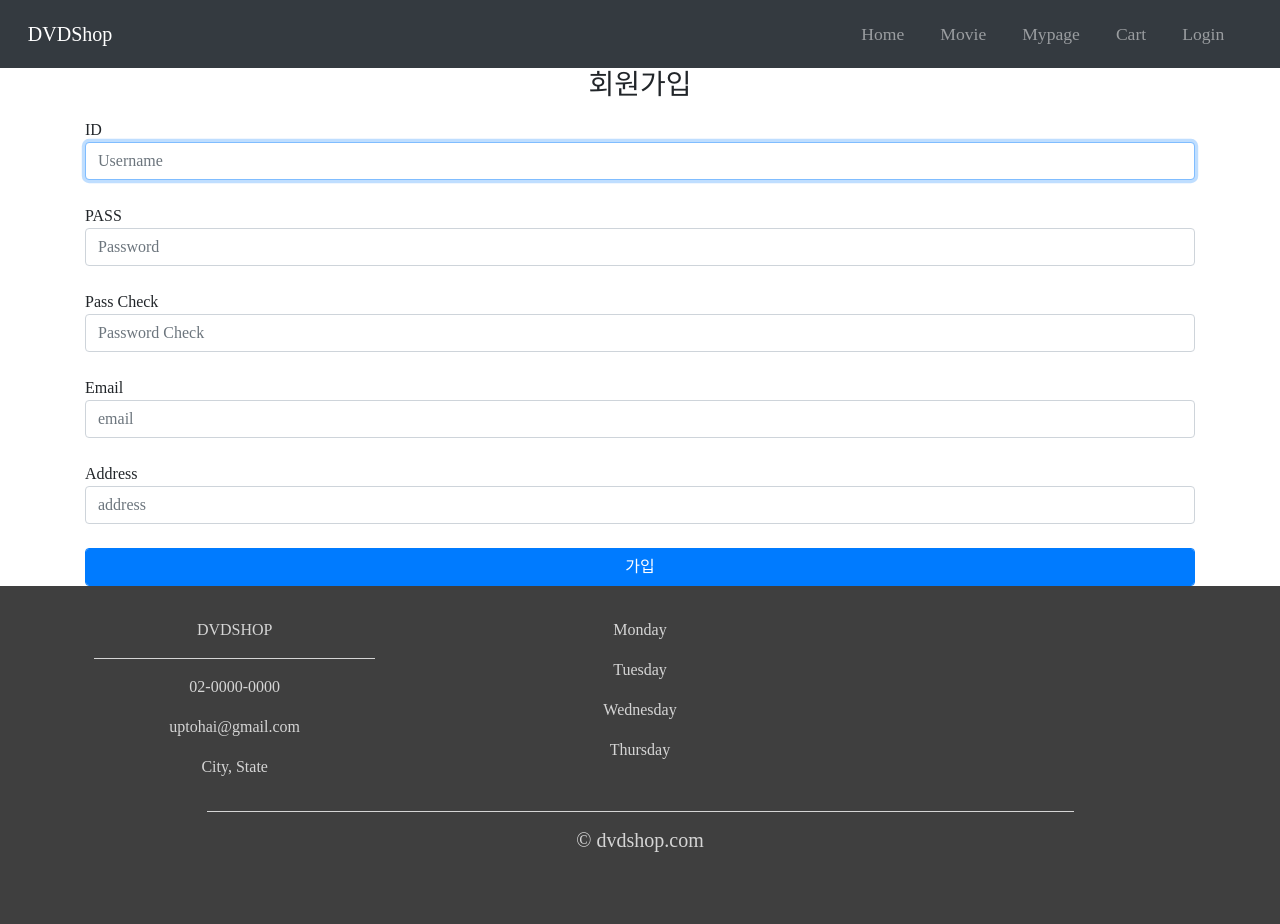
Repository: afterup/dvdshop
Page: http://localhost/shop_project/view/user/join.jsp
These files come from the project's save history. The page is drawn as it stood at one moment and after the next save; the edit follows.
The browser window is 1280 px wide. The pictures show the whole page.
The page is served by Tomcat 9.

Above is the page before, as saved 2019-08-14 07:01:54.

After the next save:
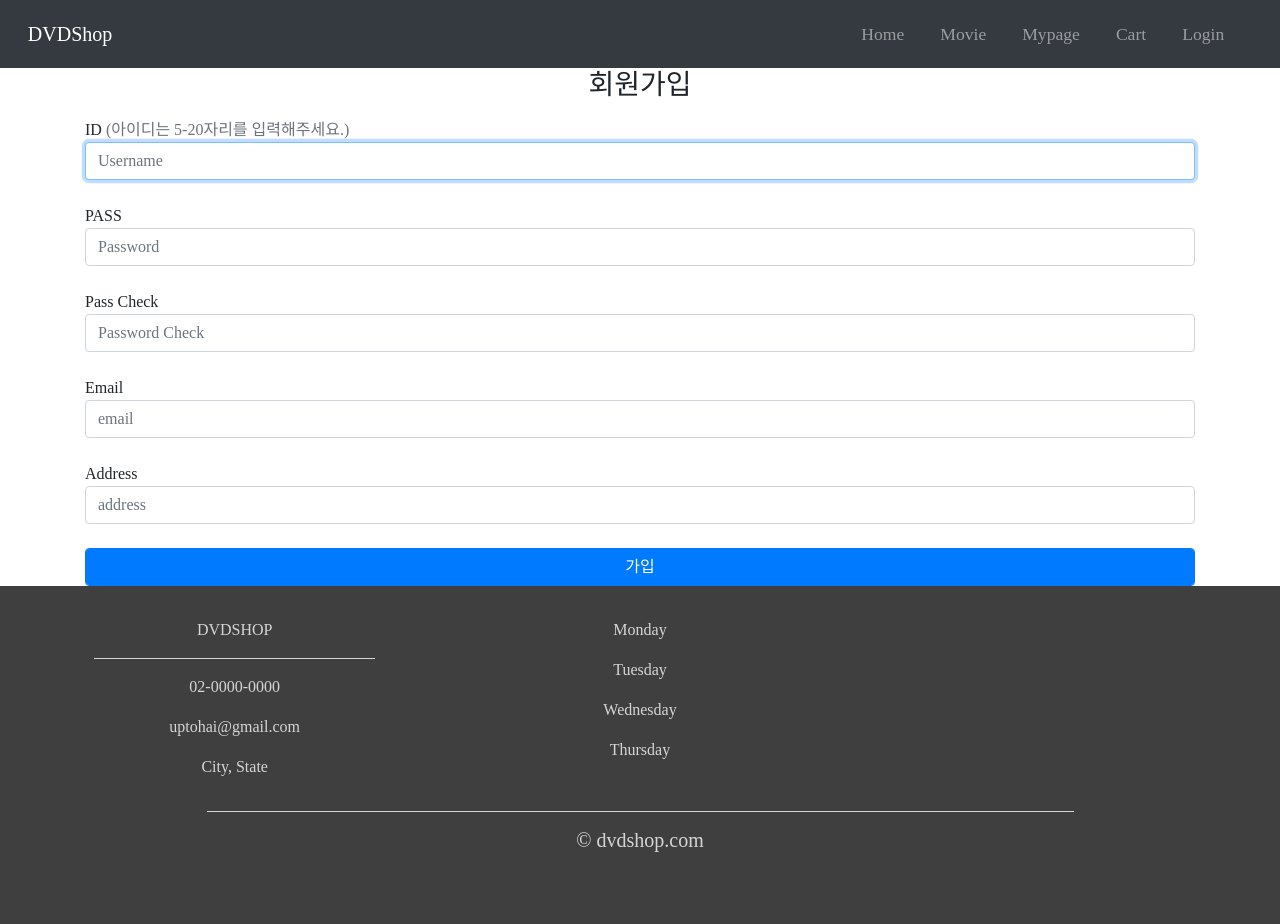
Saved 10 s later.
--- a/shop_project/WebContent/view/user/join.jsp
+++ b/shop_project/WebContent/view/user/join.jsp
@@ -31,7 +31,7 @@
                 </div>
                 <div class="panel-body">
                     <form name="frm" action="movie?action=joinAction" method="POST">
-                        ID <span class="text-muted"></span><br>
+                        ID <span class="text-muted">(아이디는 5-20자리를 입력해주세요.)</span><br>
                         <input type="text" class="form-control mb-4" name="id" placeholder="Username" autofocus>
                         PASS <br>
                         <input type="password" class="form-control mb-4" name="pass" placeholder="Password">
